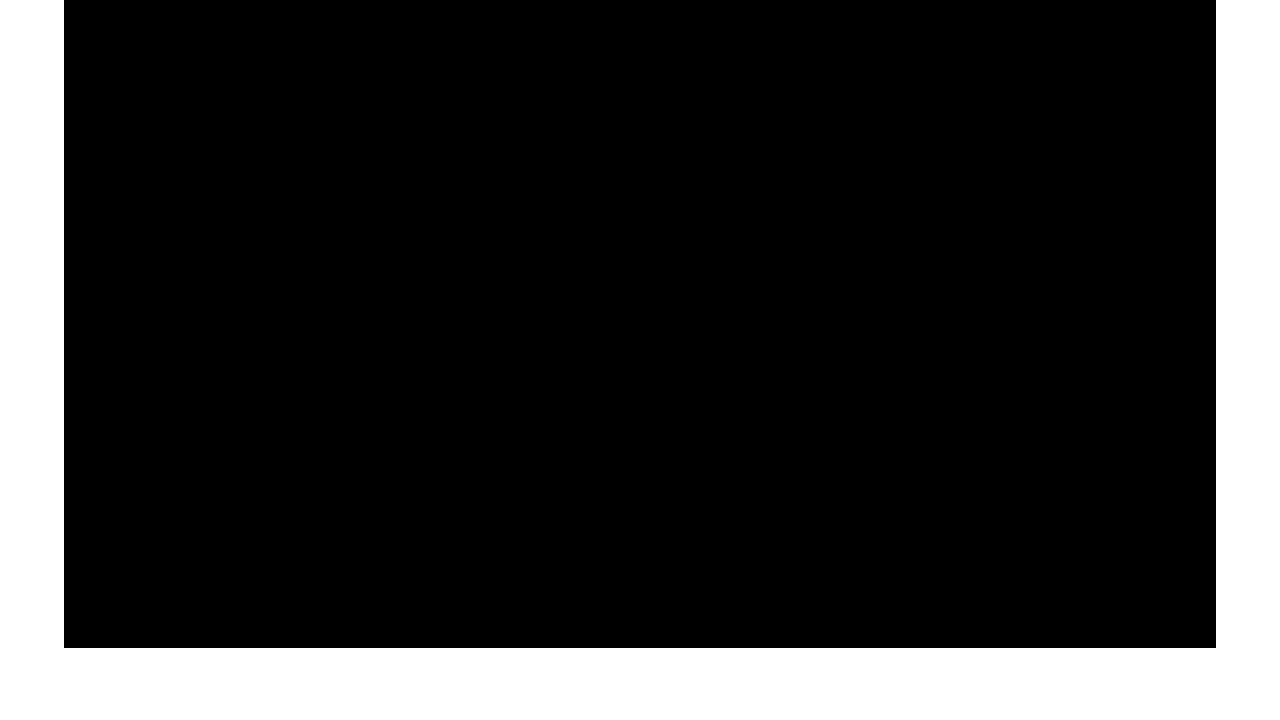
Repository: SoutMatine/Bud-online
Page: index.html
These files come from the project's save history. The page is drawn as it stood at one moment and after the next save; the edit follows.
The browser window is 1280 px wide. The pictures show the whole page.
Some web libraries are served in a nearby version.

Above is the page before, as saved 2026-05-20 15:05:48.

After the next save:
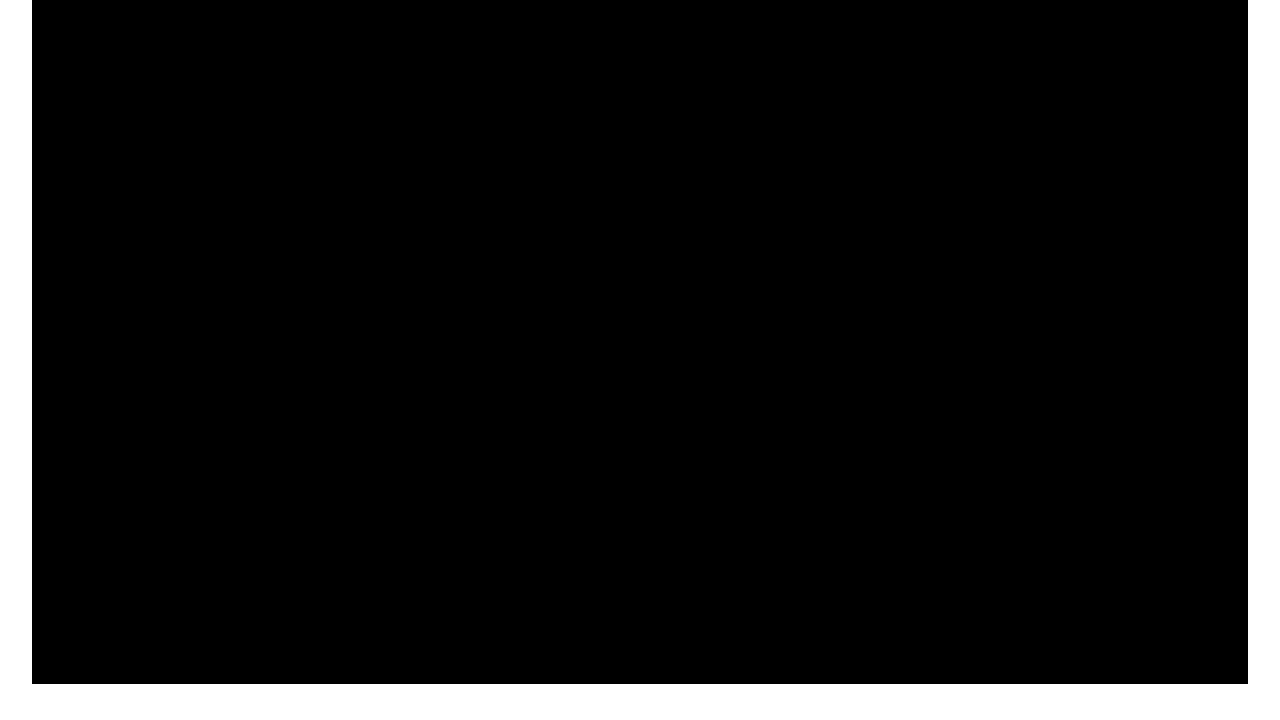
Saved 4 s later.
--- a/assets/css/styles.css
+++ b/assets/css/styles.css
@@ -12,8 +12,8 @@
 }
 
 .main-container {
-    width: 90dvw;
-    height: 90dvh;
+    width: 95dvw;
+    height: 95dvh;
     background-color: black;
     margin: 0 auto;
 }
